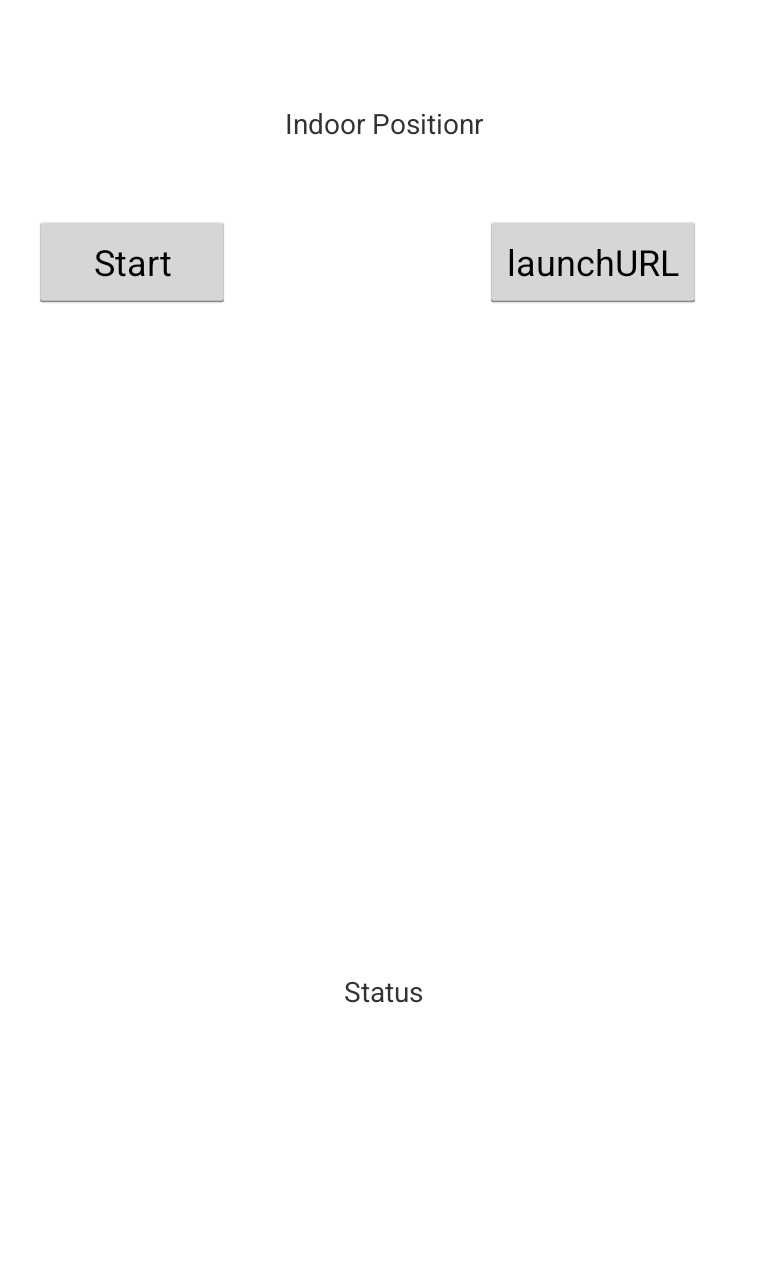
Repository: otherview/IndoorPositionr
Layout: FaseIII/Mobile/HelloWorld/res/layout/activity_main.xml
These files come from the project's save history. The layout is drawn as it stood at one moment and after the next save; the edit follows.
It is drawn on a 768 x 1280 px phone screen (xhdpi) without system bars, with theme AppTheme; the app's code is not run.

Above is the layout before, as saved 2014-01-28 17:37:01.

### FaseIII/Mobile/HelloWorld/res/layout/activity_main.xml
<RelativeLayout xmlns:android="http://schemas.android.com/apk/res/android"
    xmlns:tools="http://schemas.android.com/tools"
    android:layout_width="match_parent"
    android:layout_height="match_parent"
    android:paddingBottom="@dimen/activity_vertical_margin"
    android:paddingLeft="@dimen/activity_horizontal_margin"
    android:paddingRight="@dimen/activity_horizontal_margin"
    android:paddingTop="@dimen/activity_vertical_margin"
    tools:context=".MainActivity" >

     <TextView
         android:id="@+id/textView2"
         android:layout_width="wrap_content"
         android:layout_height="wrap_content"
         android:layout_alignParentTop="true"
         android:layout_centerHorizontal="true"
         android:layout_marginTop="36dp"
         android:text="@string/Title" />

     <Button
         android:id="@+id/button1"
         android:layout_width="100dp"
         android:layout_height="wrap_content"
         android:layout_below="@+id/textView2"
         android:layout_marginTop="36dp"
         android:onClick="sendMessage"
         android:text="@string/button_send" />

     <Button
         android:id="@+id/button2"
         android:layout_width="wrap_content"
         android:layout_height="wrap_content"
         android:layout_below="@+id/textView2"
         android:layout_marginTop="36dp"
         android:layout_toRightOf="@+id/textView2"
         android:onClick="launchURL"
         android:clickable="false"

         android:text="launchURL" />

     <TextView
         android:id="@+id/textView1"
         android:layout_width="wrap_content"
         android:layout_height="wrap_content"
         android:layout_alignParentBottom="true"
         android:layout_centerHorizontal="true"
         android:layout_marginBottom="119dp"
         android:maxLines="15"
         android:scrollbars="vertical"
         android:text="@string/hello_world" />

</RelativeLayout>

### FaseIII/Mobile/HelloWorld/res/values/strings.xml
<?xml version="1.0" encoding="utf-8"?>
<resources>

    <string name="app_name">Indoor Positionr</string>
    <string name="action_settings">Settings</string>
    <string name="hello_world">Status</string>
    <string name="button_send">Start</string>
    <string name="Title">Indoor Positionr</string>
    <string name="LaunchURL">See Location</string>

</resources>

Loaded but not shown: FaseIII/Mobile/HelloWorld/res/values/styles.xml (common file); FaseIII/Mobile/HelloWorld/res/values-v11/styles.xml (common file); FaseIII/Mobile/HelloWorld/res/values-v14/styles.xml (common file); FaseIII/Mobile/HelloWorld/res/values/dimens.xml (common file)

After the next save:
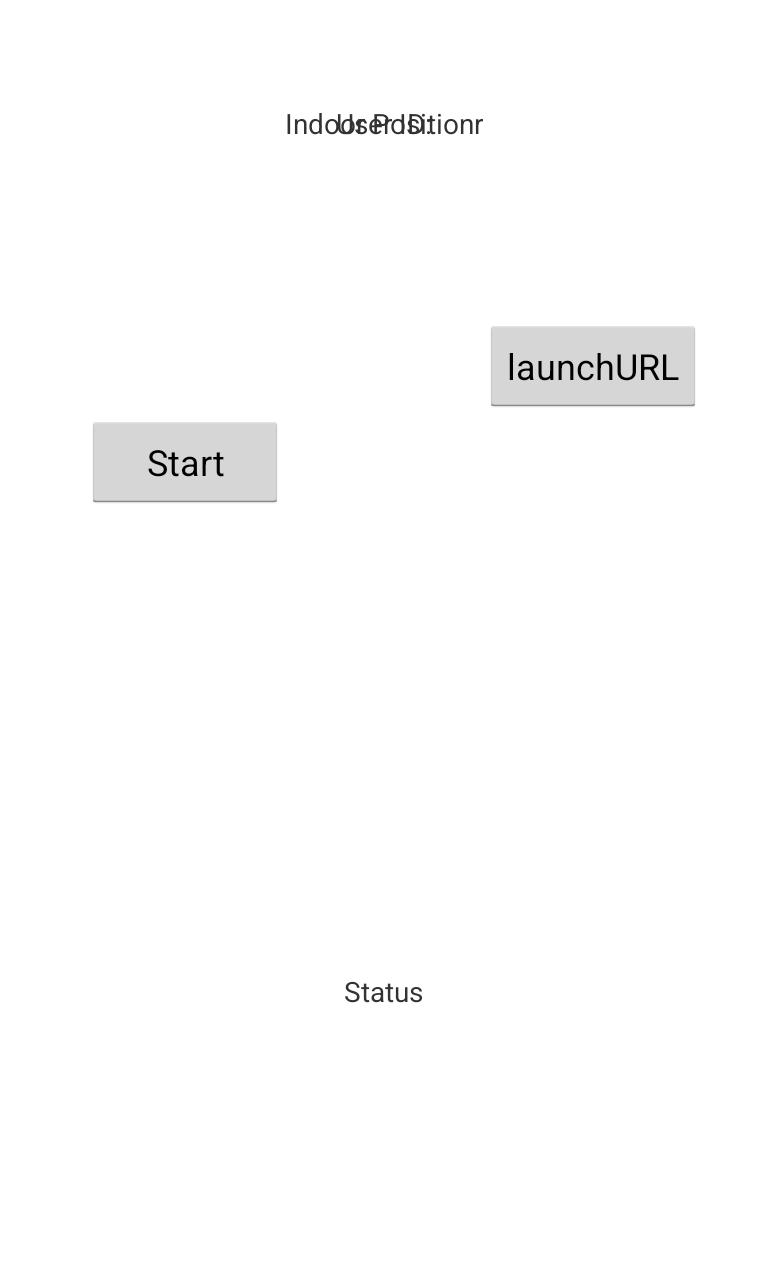
Saved 2 min 28 s later.
--- a/FaseIII/Mobile/HelloWorld/res/layout/activity_main.xml
+++ b/FaseIII/Mobile/HelloWorld/res/layout/activity_main.xml
@@ -17,12 +17,21 @@
          android:layout_marginTop="36dp"
          android:text="@string/Title" />
 
-     <Button
+        <TextView
+         android:id="@+id/textViewUserID"
+         android:layout_width="wrap_content"
+         android:layout_height="wrap_content"
+         android:layout_alignParentTop="true"
+         android:layout_centerHorizontal="true"
+         android:layout_marginTop="36dp"
+         android:text="User ID:" />
+
+      <Button
          android:id="@+id/button1"
          android:layout_width="100dp"
          android:layout_height="wrap_content"
-         android:layout_below="@+id/textView2"
-         android:layout_marginTop="36dp"
+         android:layout_below="@+id/button2"
+         android:layout_toLeftOf="@+id/textView2"
          android:onClick="sendMessage"
          android:text="@string/button_send" />
 
@@ -31,11 +40,10 @@
          android:layout_width="wrap_content"
          android:layout_height="wrap_content"
          android:layout_below="@+id/textView2"
-         android:layout_marginTop="36dp"
+         android:layout_marginTop="88dp"
          android:layout_toRightOf="@+id/textView2"
+         android:clickable="false"
          android:onClick="launchURL"
-         android:clickable="false"
-
          android:text="launchURL" />
 
      <TextView
@@ -49,4 +57,6 @@
          android:scrollbars="vertical"
          android:text="@string/hello_world" />
 
+
+
 </RelativeLayout>
